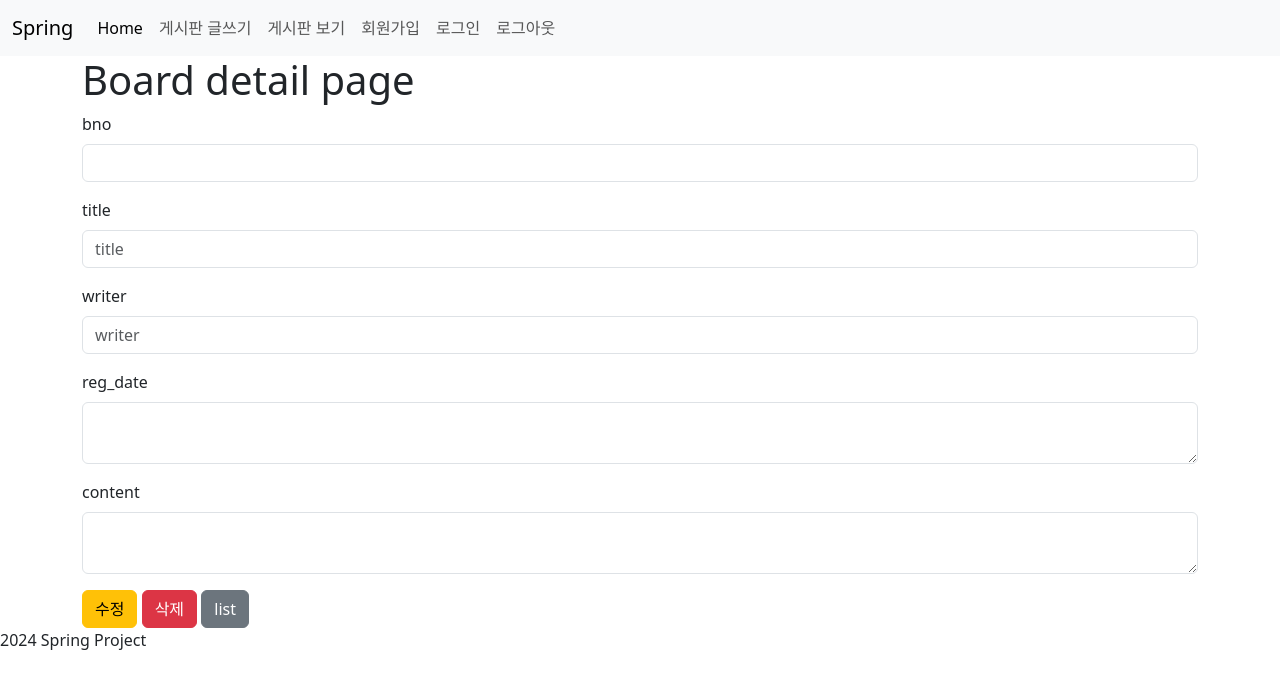
Repository: kimnoanoa/springTest240430
Page: http://localhost/spring_study/WEB-INF/views/board/modify.jsp
The author's editor kept a copy of each file at every save. The page is drawn from the files as they stood at one save, then again after the next save.
The browser window is 1280 px wide. The pictures show the whole page.
The page is served by Tomcat 9. Nobody is signed in. The template is opened directly, without the code that normally fills it, so the values that code supplies are empty.

Above is the page before, as saved 2024-04-24 05:59:35.

After the next save:
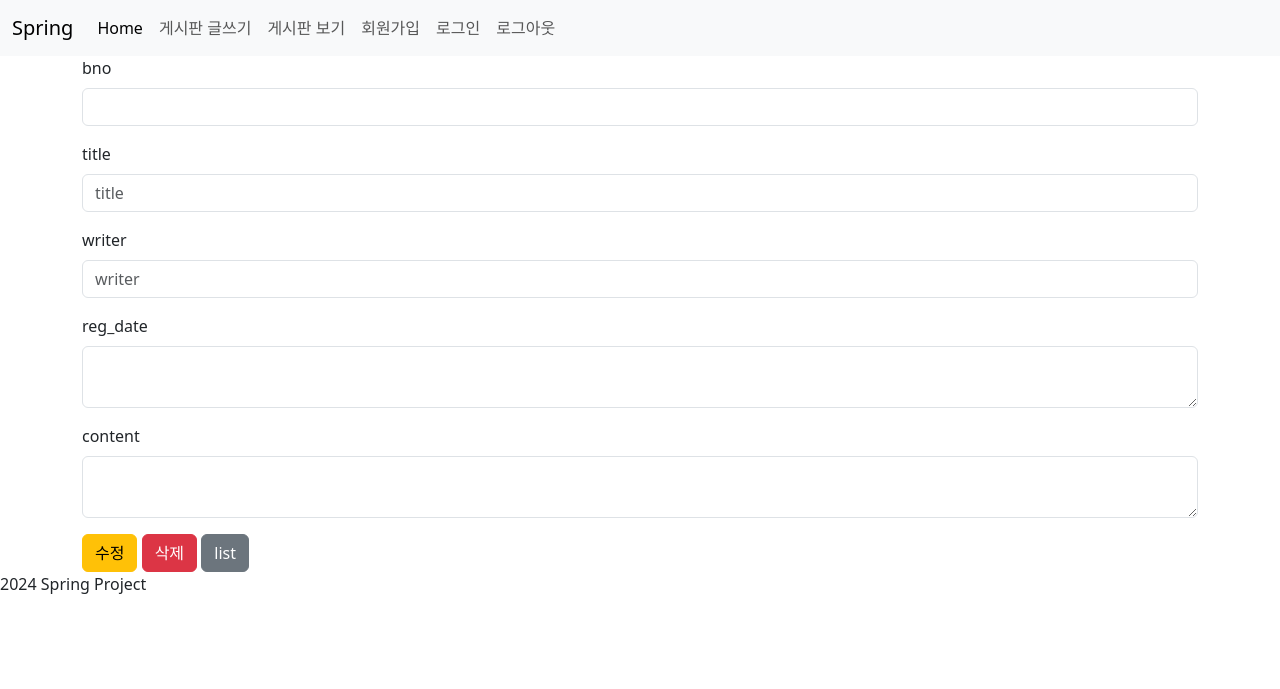
Saved 9 s later.
--- a/spring_study/src/main/webapp/WEB-INF/views/board/modify.jsp
+++ b/spring_study/src/main/webapp/WEB-INF/views/board/modify.jsp
@@ -2,7 +2,6 @@
     pageEncoding="UTF-8"%>
     <jsp:include page="../layout/header.jsp"></jsp:include>
 	<div class="container-md">
-	<h1>Board detail page</h1>
 
 			<div class="mb-3">
 			  <label for="n" class="form-label">bno</label>
